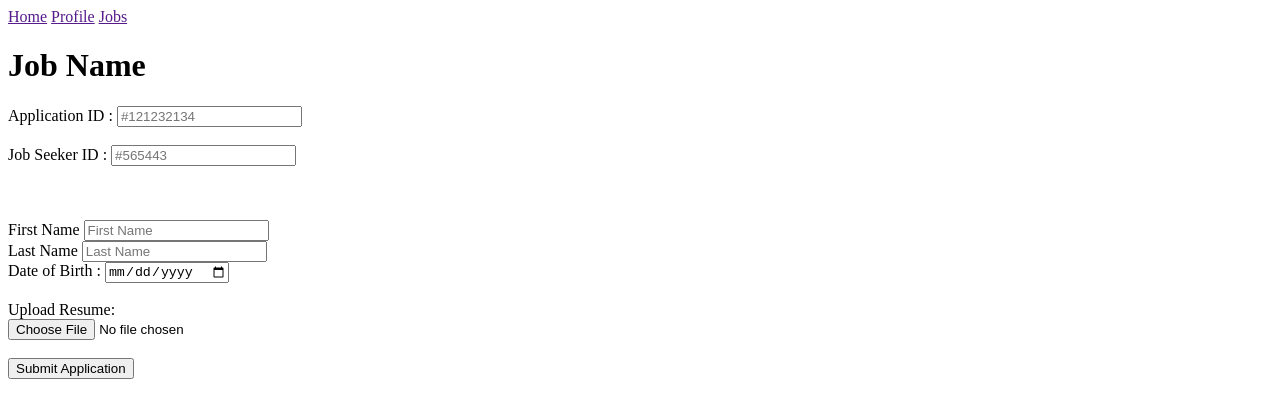
Repository: IT21221064/JobPortal
Page: http://localhost/JobApp/addProfile.jsp
The author's editor kept a copy of each file at every save. The page is drawn from the files as they stood at one save, then again after the next save.
The browser window is 1280 px wide. The pictures show the whole page.
The page is served by Tomcat 9.

Above is the page before, as saved 2023-07-15 17:31:32.

After the next save:
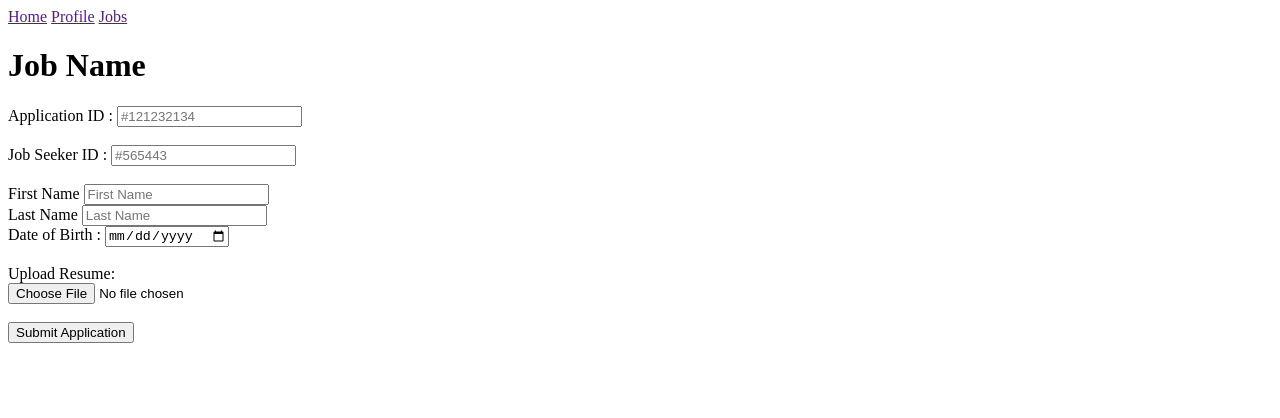
Saved 28 s later.
--- a/Project/JobApp/src/main/webapp/addProfile.jsp
+++ b/Project/JobApp/src/main/webapp/addProfile.jsp
@@ -15,13 +15,6 @@
 
 <label for="jID">Job Seeker ID : </label>
 <input type="text" name="jID" id="jID" placeholder="#565443"><br><br>
-
-<div class="row">
-<div class="col"></div>
-<div class="col"><div class="row">
-</div></div></div>
-<br><br>
-
 
  <input value="id" type="hidden" name="user_id"/>
                 <label>First Name</label>
